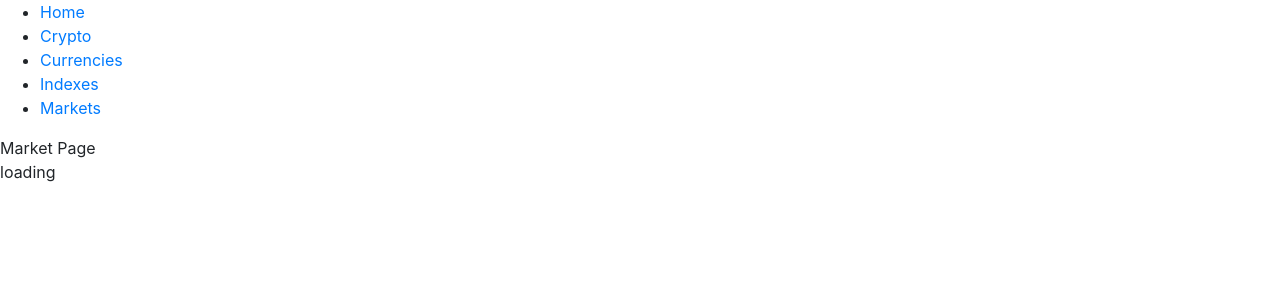
Repository: bjorntirsen/eZorro
Page: /markets
These files come from the project's save history. The page is drawn as it stood at one moment and after the next save; the edit follows.
The browser window is 1280 px wide. The pictures show the whole page.
The page's requests for data from a server got no answer. The project was rebuilt for these pictures with package versions that can differ from the ones it lists, and the page was loaded fresh each time. No one was signed in, and anything a server would have sent is missing. Also part of the build but not shown: src/App.css, src/pages/CryptoPage.jsx, src/pages/CurrenciesPage.jsx, src/pages/IndexesPage.jsx, src/pages/InstrumentPage.jsx, src/pages/LandingPage.jsx, src/pages/MarketDetailPage.jsx.

Above is the page before, as saved 2020-12-12 13:40:38.

After the next save:
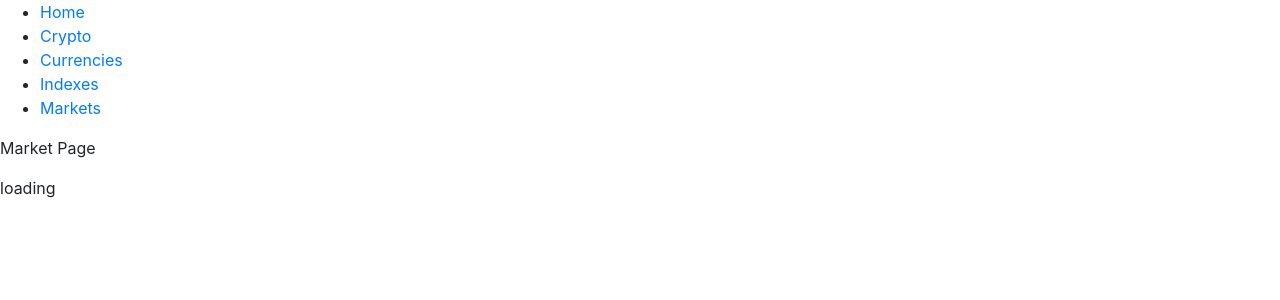
Saved 3 min 55 s later.
--- a/src/pages/MarketPage.jsx
+++ b/src/pages/MarketPage.jsx
@@ -3,27 +3,29 @@ import { Link } from 'react-router-dom'
 
 export default function MarketPage() {
 
-    const [info, setInfo] = useState(null)
+    const [marketList, setMarketList] = useState(null)
 
     useEffect(() => {
         const url = 'https://market-data-collector.firebaseio.com/market-collector/markets.json'
         fetch(url)
         .then(res => res.json())
-        .then(data => {setInfo(data)})
+        .then(data => {setMarketList(data)})
     }, [])
 
     return (
         <div>
-            Market Page
+            <p>Market Page</p>
 
-            {!info && <p>loading</p>}
+            {!marketList && <p>loading</p>}
 
-            {info && Object.entries(info).map(market => {
-                const name = market[0]
+            {marketList && Object.entries(marketList).map(market => {
+                const marketName = market[0]
 
                 return (
-                    <div key={name}>
-                        <Link key={name} to={`/markets/${name}`}>{name}</Link>
+                    <div key={marketName}>
+                        <Link key={marketName} to={`/markets/${marketName}`}>
+                            {marketName}
+                        </Link>
                     </div>
                 )
             })}
